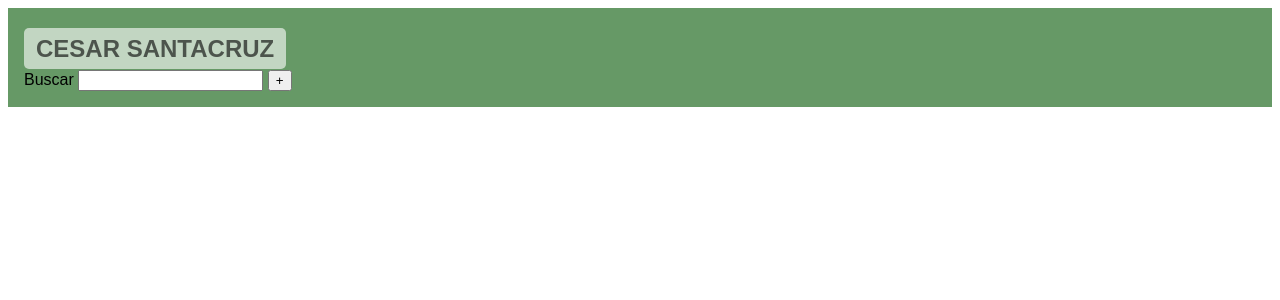
Repository: cesarsant0203/My_Study
Page: Introducción al desarrollo web/2-Css/2.7-colores_en_css3.html
An editor plug-in stored every save of this project. The page is shown before and after a run of saves, followed by the edit.
The browser window is 1280 px wide. The pictures show the whole page.

Above is the page before, as saved 2020-04-29 09:59:28.

### Introducción al desarrollo web/2-Css/2.7-colores_en_css3.html
<!DOCTYPE html>
<html lang="es">
    <head>
        <meta charset="utf-8"/>
        <title>Colores en CSS3</title>
        <link href="2.7-colores_en_css3.css" rel="stylesheet"/>
    </head>
    <body>
        <header>
            <h1>
                <a href="#">CESAR SANTACRUZ</a>
            </h1>
            <form action="">
                <label for="buscar">Buscar</label>
                <input type="text" id="buscar">
                <button>+</button>
            </form>

        </header>
    </body>
</html>

### Introducción al desarrollo web/2-Css/2.7-colores_en_css3.css
body {
    font-family: Arial, Helvetica, sans-serif;
    line-height: 1.4;
}

header {
    background: #696;
    padding: 1em;
}
h1 {
    display: inline;
}
a{
    font-size: 24px;
    font-weight: bold;
    color: rgba(0, 0, 0, 0.609);
    text-decoration: none;
    padding: 0.3em 0.5em;
    border-radius: 5px;
    background-color: rgba(255, 255, 255, 0.602);
    transition: background-color is linear;
}

After the next 6 saves:
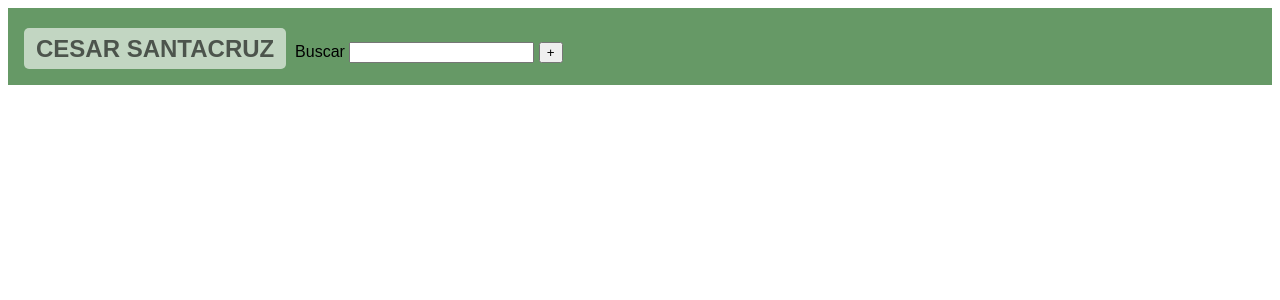
The 6 saves are shown as one change because they came seconds apart.
The last was saved 61 s later.
--- a/Introducción al desarrollo web/2-Css/2.7-colores_en_css3.css
+++ b/Introducción al desarrollo web/2-Css/2.7-colores_en_css3.css
@@ -20,3 +20,6 @@ a{
     background-color: rgba(255, 255, 255, 0.602);
     transition: background-color is linear;
 }
+form {
+    display: inline;
+}
